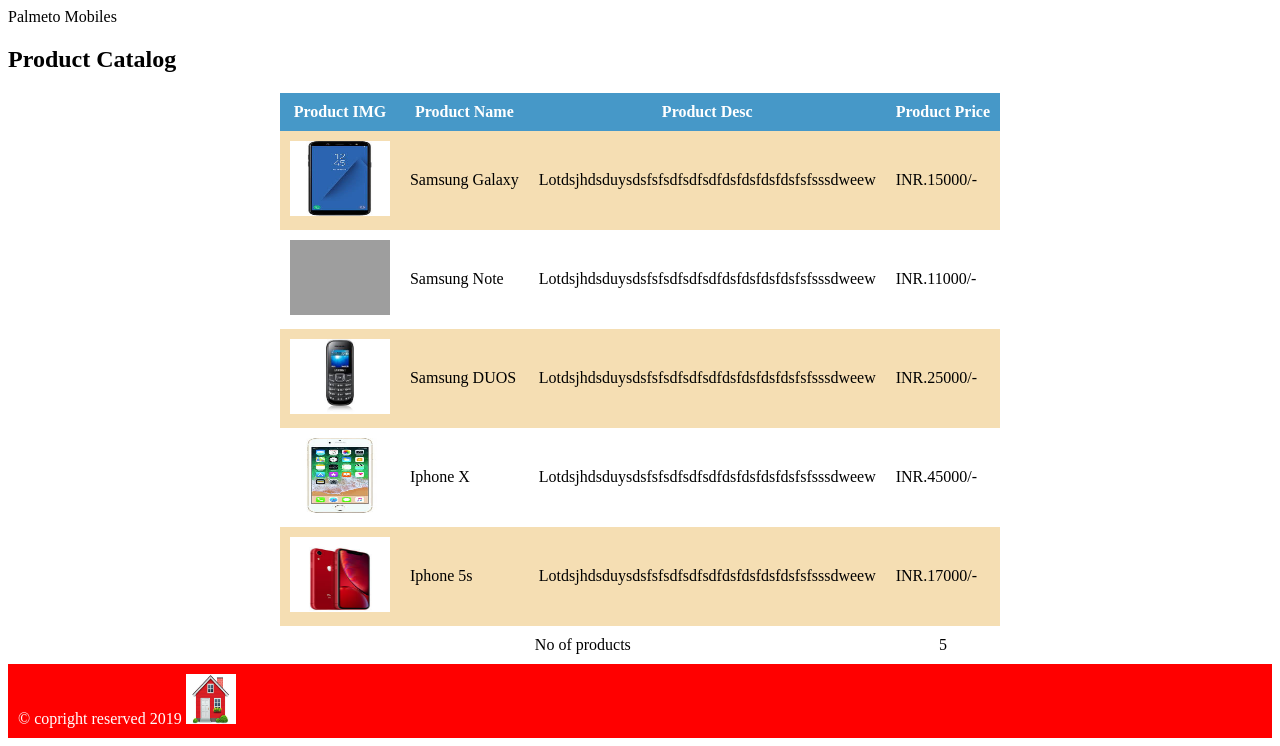
Repository: abhishekj720/HSBCLearn
Page: http://localhost/HtmlCssDemo/Catalogue.html
These files come from the project's save history. The page is drawn as it stood at one moment and after the next save; the edit follows.
The browser window is 1280 px wide. The pictures show the whole page.
Pictures or frames that could not be fetched are drawn as grey boxes. The page is served by Tomcat 9.

Above is the page before, as saved 2019-07-29 07:58:55.

### html/HtmlCssDemo/WebContent/Catalogue.html
<!DOCTYPE html>
<html>
<head>
<meta charset="UTF-8" keywords="palmeto, corporate training">
<title>Palmeto - Catalog</title>
<link href="Catalog.css" rel=stylesheet>
<link href="images/logo.png" rel="icon">

</head>
<body>
	<header>
		Palmeto Mobiles
	</header>
	<article>
		<h2>Product Catalog</h2>
		<table >
		<thead>
			<tr>
				<th>Product IMG</th>
				<th>Product Name</th>
				<th>Product Desc</th>
				<th>Product Price</th>
			</tr>
		</thead>
		<tbody>
		<tr>
		<td><img src="images/mobile1.jpg"></td>
		<td>Samsung Galaxy</td>
		<td>Lotdsjhdsduysdsfsfsdfsdfsdfdsfdsfdsfdsfsfsssdweew</td>
		<td>INR.15000/-</td>
		</tr>
		<tr>
		<td><img src="images/mobile2.jpg"></td>
		<td>Samsung Note</td>
		<td>Lotdsjhdsduysdsfsfsdfsdfsdfdsfdsfdsfdsfsfsssdweew</td>
		<td>INR.11000/-</td>
		</tr>
		<tr>
		<td><img src="images/mobile3.jpg"></td>
		<td>Samsung DUOS</td>
		<td>Lotdsjhdsduysdsfsfsdfsdfsdfdsfdsfdsfdsfsfsssdweew</td>
		<td>INR.25000/-</td>
		</tr>
		<tr>
		<td><img src="images/mobile4.jpg"></td>
		<td>Iphone X</td>
		<td>Lotdsjhdsduysdsfsfsdfsdfsdfdsfdsfdsfdsfsfsssdweew</td>
		<td>INR.45000/-</td>
		</tr>
		<tr>
		<td><img src="images/mobile5.jpg"></td>
		<td>Iphone 5s</td>
		<td>Lotdsjhdsduysdsfsfsdfsdfsdfdsfdsfdsfdsfsfsssdweew</td>
		<td>INR.17000/-</td>
		</tr>
		</tbody>
		<tfoot>
		<tr>
		<td colspan="3" align="center">No of products</td>
		<td align="center">5</td>
		</tfoot>
		</table>
	</article>
	<footer>
	&copy; copright reserved 2019
	<a href="home.html"><img src = "images/home.jpg"/>

	</footer>
</body>
</html>

### html/HtmlCssDemo/WebContent/Catalog.css
@charset "UTF-8";
table{
	margin:0px auto;/*centering the block element*/
	border-collapse:collapse;/*cell spacing=0*/
}
table img{
	height:75px;
	width:100px;
}
th,td{
	padding:10px;
}
footer{
	background-color:red;
	padding:10px;
	color:white;
}
thead tr{
	background-color:#4698c8;
	color:white;
}
tbody tr:nth-child(odd){
	background-color:wheat;
}
thead tr:hover ,tfoot tr:hover , tbody tr:hover{
	background-color:orange;
}
footer img{
	height:50px;
	width:50px;
}
article{
	min-height:550px;
}

After the next save:
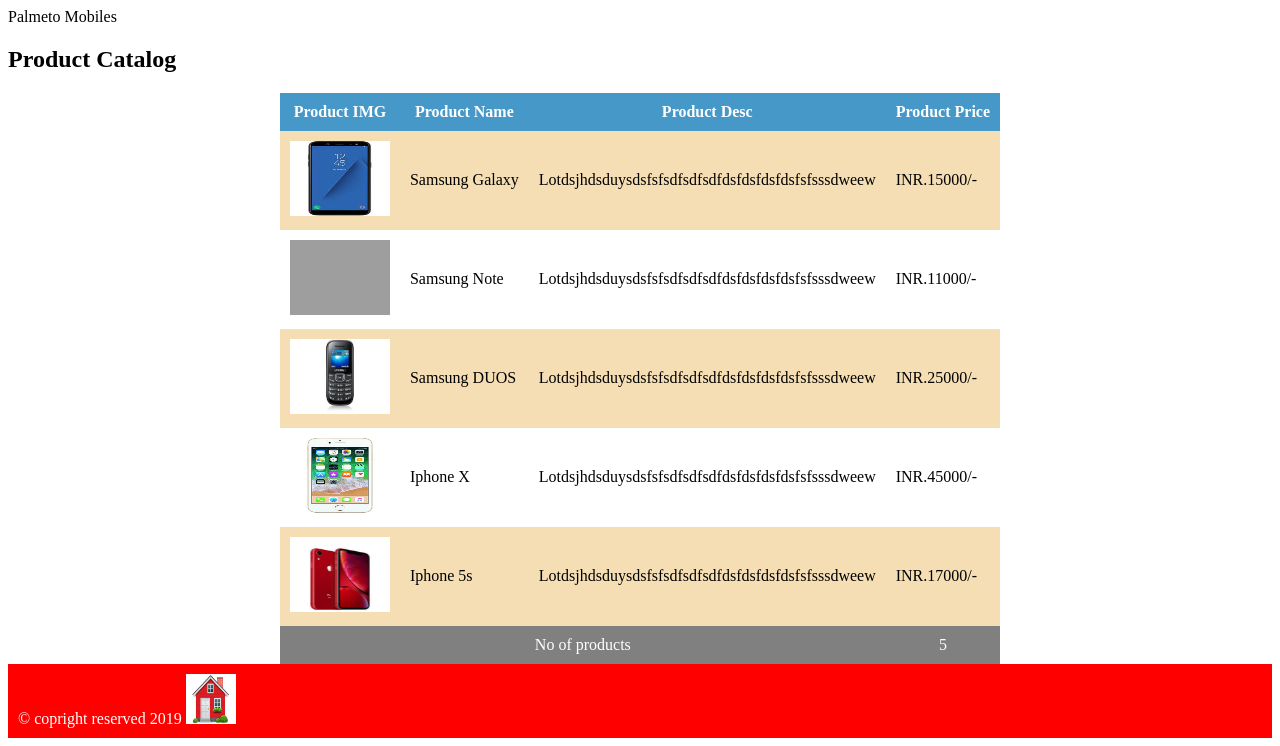
Saved 41 s later.
--- a/html/HtmlCssDemo/WebContent/Catalog.css
+++ b/html/HtmlCssDemo/WebContent/Catalog.css
@@ -25,6 +25,10 @@
 thead tr:hover ,tfoot tr:hover , tbody tr:hover{
 	background-color:orange;
 }
+tfoot tr{
+	background-color:gray;
+	color:white;
+}
 footer img{
 	height:50px;
 	width:50px;
